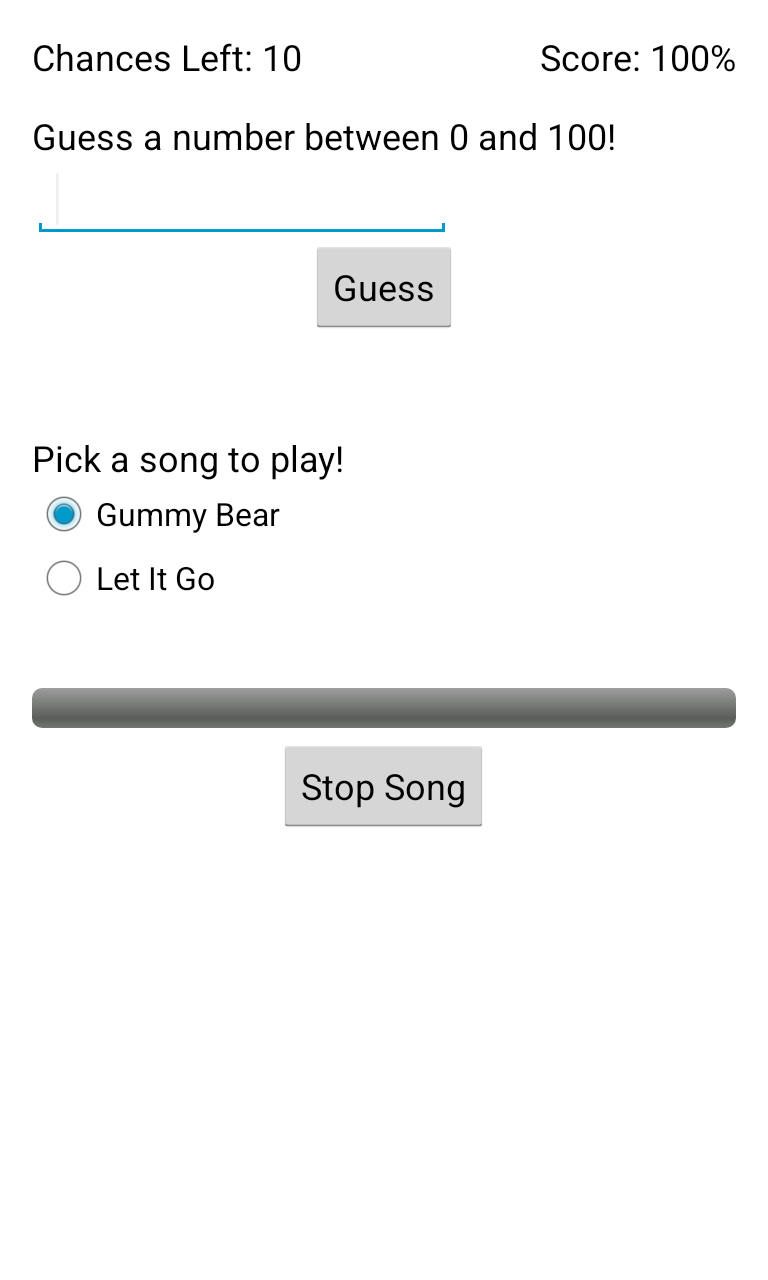
Repository: lethe13/AndroidProgramming
Layout: COMP304-Group1-MicroProject4/res/layout/activity_ggplay_music_progress_bar.xml
The author's editor kept a copy of each file at every save. The layout is drawn from the files as they stood at one save, then again after the next save.
It is drawn on a 768 x 1280 px phone screen (xhdpi) without system bars, with theme AppTheme; the app's code is not run.

Above is the layout before, as saved 2015-11-04 03:07:54.

### COMP304-Group1-MicroProject4/res/layout/activity_ggplay_music_progress_bar.xml
<RelativeLayout xmlns:android="http://schemas.android.com/apk/res/android"
    xmlns:tools="http://schemas.android.com/tools"
    android:layout_width="match_parent"
    android:layout_height="match_parent"
    android:paddingBottom="@dimen/activity_vertical_margin"
    android:paddingLeft="@dimen/activity_horizontal_margin"
    android:paddingRight="@dimen/activity_horizontal_margin"
    android:paddingTop="@dimen/activity_vertical_margin"
    tools:context="com.example.comp304_group1_microproject4.GGPlayMusicProgressBar" >

     <TextView
        android:id="@+id/lblChance"
        android:layout_width="wrap_content"
        android:layout_height="wrap_content"
        android:text="Chances Left: 10"
        android:textAppearance="?android:attr/textAppearanceMedium" />

     <TextView
        android:id="@+id/lblScore"
        android:layout_width="wrap_content"
        android:layout_height="wrap_content"
        android:text="Score: 100%"
        android:layout_alignParentRight="true"
        android:textAppearance="?android:attr/textAppearanceMedium" />

    <TextView
        android:id="@+id/lblInput"
        android:layout_width="wrap_content"
        android:layout_height="wrap_content"
        android:layout_marginTop="15dp"
        android:layout_below="@+id/lblChance"
        android:text="Guess a number between 0 and 100!"
        android:textAppearance="?android:attr/textAppearanceMedium" />

    <EditText
        android:id="@+id/txtInput"
        android:layout_width="wrap_content"
        android:layout_height="wrap_content"
        android:layout_below="@+id/lblInput"
        android:inputType="number"
        android:ems="10" >

        <requestFocus />
    </EditText>

   <Button
        android:id="@+id/btnGo"
        android:layout_width="wrap_content"
        android:layout_height="wrap_content"
        android:layout_centerHorizontal="true"
        android:layout_below="@+id/txtInput"
        android:text="Guess" />

    <TextView
       android:id="@+id/lblMessage"
       android:layout_width="wrap_content"
       android:layout_height="wrap_content"
       android:layout_marginTop="15dp"
       android:layout_below="@+id/btnGo"
       android:text="" />
    <TextView
        android:id="@+id/lblPick"
        android:layout_width="wrap_content"
        android:layout_height="wrap_content"
        android:layout_marginTop="15dp"
        android:layout_below="@+id/lblMessage"
        android:text="Pick a song to play!"
		android:textAppearance="?android:attr/textAppearanceMedium" />

    <RadioGroup
        android:id="@+id/radioGroup"
	    android:layout_height="wrap_content"
	    android:layout_width="match_parent"
	    android:orientation="vertical"
	    android:layout_below="@+id/lblPick">

    <RadioButton
        android:id="@+id/rbtnGummy"
        android:checked="true"
        android:layout_width="wrap_content"
        android:layout_height="wrap_content"
        android:onClick="songClick"
        android:text="Gummy Bear" />

    <RadioButton
        android:id="@+id/rbtnLetItGo"
        android:layout_width="wrap_content"
        android:layout_height="wrap_content"
        android:onClick="songClick"
        android:text="Let It Go" />

    </RadioGroup>

     <TextView
        android:id="@+id/lblSongLength"
        android:layout_width="wrap_content"
        android:layout_height="wrap_content"
        android:layout_marginTop="10dp"
        android:layout_below="@+id/radioGroup"
        android:text="" />

    <ProgressBar
        android:id="@+id/pbProgress"
        style="@android:style/Widget.ProgressBar.Horizontal"
        android:layout_width="match_parent"
        android:layout_height="20dp"
        android:minHeight="20dp"
        android:maxHeight="20dp"
        android:layout_marginTop="10dp"
        android:layout_below="@+id/lblSongLength" />

    <Button
        android:id="@+id/btnStop"
        android:layout_width="wrap_content"
        android:layout_height="wrap_content"
        android:layout_marginTop="5dp"
        android:layout_centerHorizontal="true"
        android:layout_below="@+id/pbProgress"
        android:text="Stop Song" />

</RelativeLayout>

Loaded but not shown: COMP304-Group1-MicroProject4/res/values/styles.xml (common file); COMP304-Group1-MicroProject4/res/values-v11/styles.xml (common file); COMP304-Group1-MicroProject4/res/values-v14/styles.xml (common file); COMP304-Group1-MicroProject4/res/values/dimens.xml (common file); COMP304-Group1-MicroProject4/res/values-w820dp/dimens.xml (common file)

After the next save:
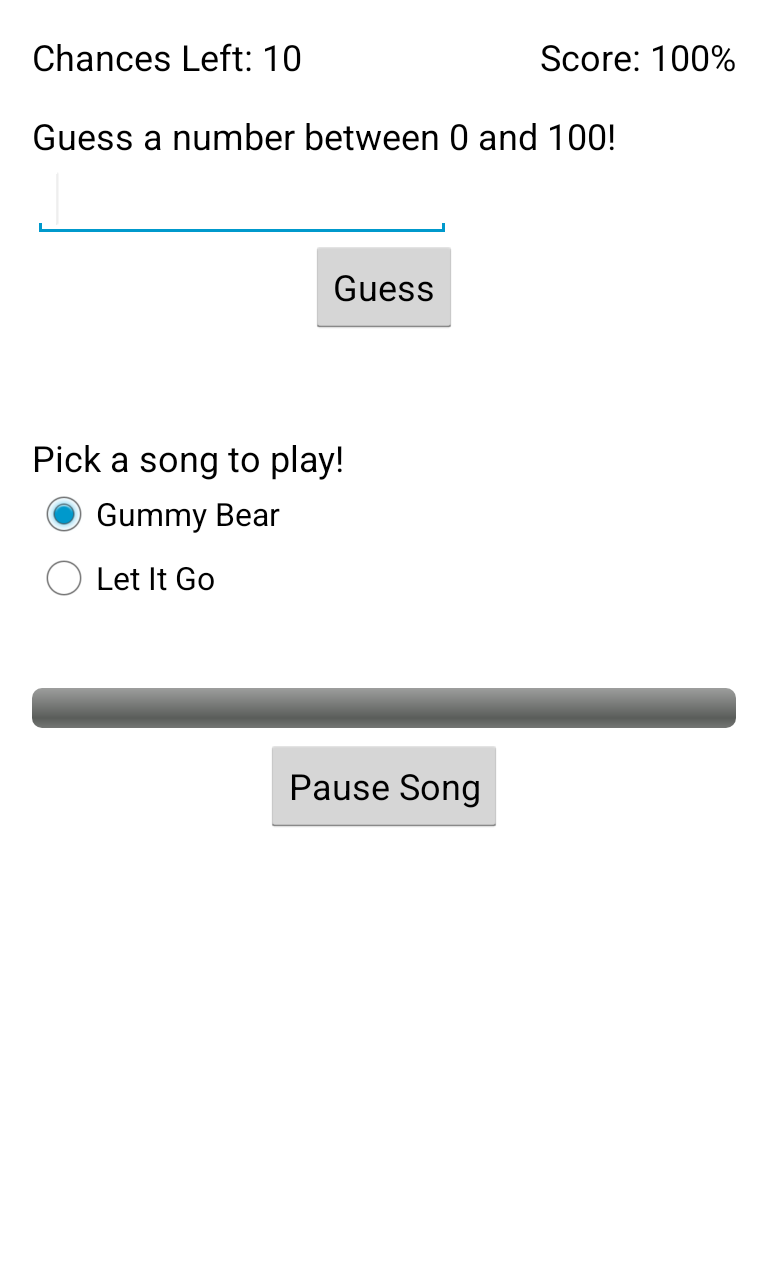
Saved 74 s later.
--- a/COMP304-Group1-MicroProject4/res/layout/activity_ggplay_music_progress_bar.xml
+++ b/COMP304-Group1-MicroProject4/res/layout/activity_ggplay_music_progress_bar.xml
@@ -116,6 +116,6 @@
         android:layout_marginTop="5dp"
         android:layout_centerHorizontal="true"
         android:layout_below="@+id/pbProgress"
-        android:text="Stop Song" />
+        android:text="Pause Song" />
 
 </RelativeLayout>
